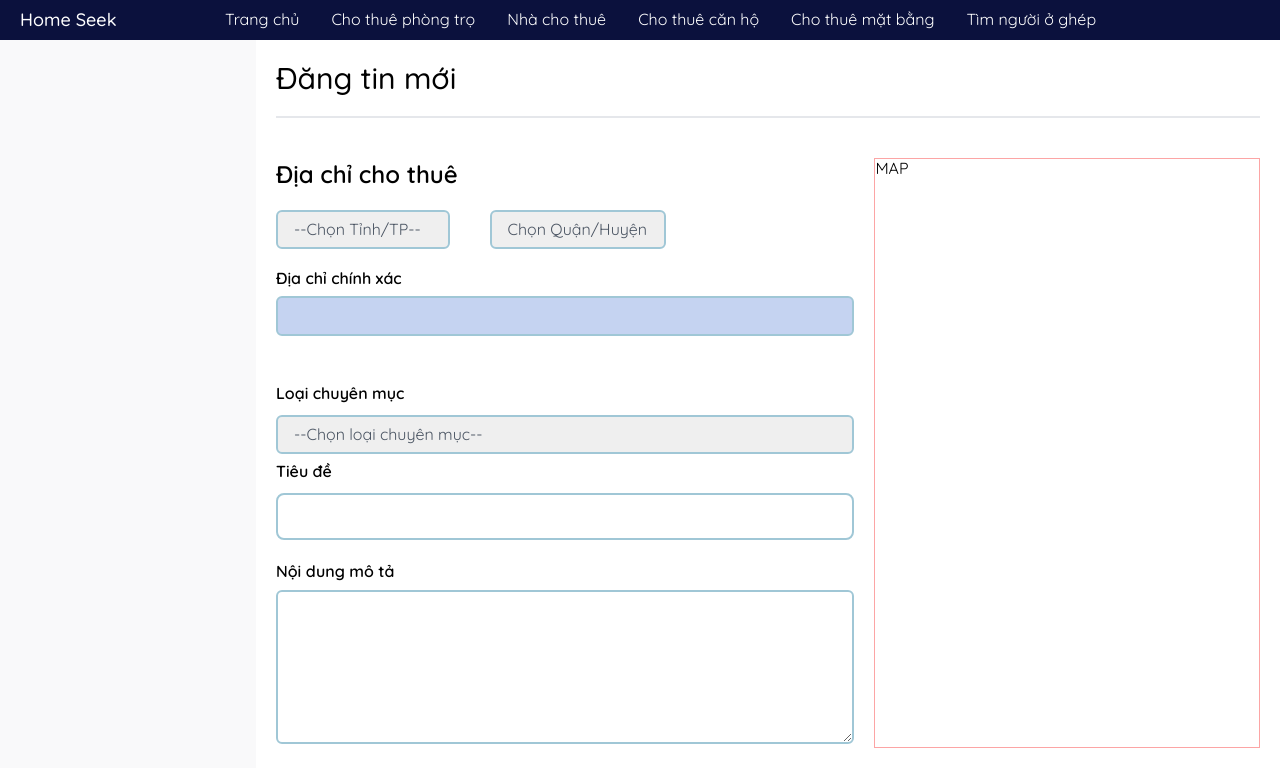
Repository: ajincome26/homeseek
Page: /create (app in client/)
The author's editor kept a copy of each file at every save. The page is drawn from the files as they stood at one save, then again after the next save.
The browser window is 1280 px wide. The pictures show the whole page.
The page's requests for data from a server got no answer. The project was rebuilt for these pictures with package versions that can differ from the ones it lists, and the page was loaded fresh each time. Some packages were replaced by stand-ins written for this rebuild. No one was signed in, and anything a server would have sent is missing. Also part of the build but not shown: client/vite.config.ts, client/src/components/Footer/Footer.tsx, client/src/components/Button/Button.tsx, client/src/components/Button/index.ts, client/src/utils/utils.tsx, client/src/components/MainHeader/components/User.tsx, client/src/components/Popover/Popover.tsx, client/src/components/Popover/index.ts and 16 more.

Above is the page before, as saved 2024-01-10 05:08:03.

After the next save:
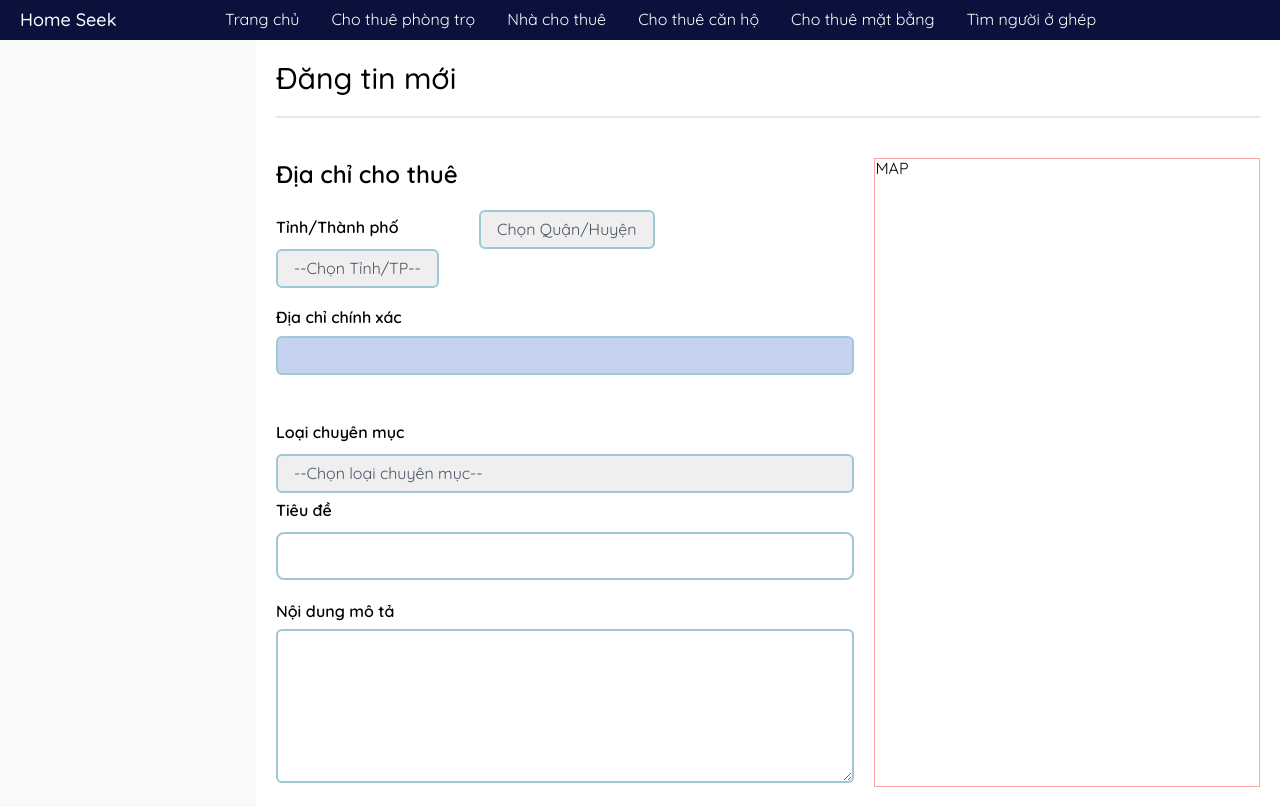
Saved 95 s later.
--- a/client/src/pages/CreatePostPage/components/Address.tsx
+++ b/client/src/pages/CreatePostPage/components/Address.tsx
@@ -1,7 +1,9 @@
 import { useQuery } from '@tanstack/react-query'
 import { useEffect, useState } from 'react'
 import provinceApi from '~/apis/province.api'
+import { Field } from '~/components/Field'
 import { InputReadOnly } from '~/components/Input'
+import { Label } from '~/components/Label'
 import { Select } from '~/components/Select'
 import { District, Province } from '~/types/province.type'
 import { apiGetPublicDistricts } from '~/utils/utils'
@@ -37,14 +39,19 @@ const Address = () => {
     <div>
       <h1 className='mb-5 text-2xl font-semibold'>Địa chỉ cho thuê</h1>
       <div className='flex gap-10 mb-5'>
-        <Select
-          type='province'
-          label='Tỉnh/Thành phố'
-          optionTitle='--Chọn Tỉnh/TP--'
-          provinces={provinces}
-          value={province}
-          setValue={setProvince}
-        />
+        <Field>
+          <Label textColor='text-black' htmlFor='title'>
+            Tỉnh/Thành phố
+          </Label>
+          <Select
+            type='province'
+            optionTitle='--Chọn Tỉnh/TP--'
+            provinces={provinces}
+            value={province}
+            setValue={setProvince}
+          />
+        </Field>
+
         <Select
           type='district'
           label='Quận/Huyện'
